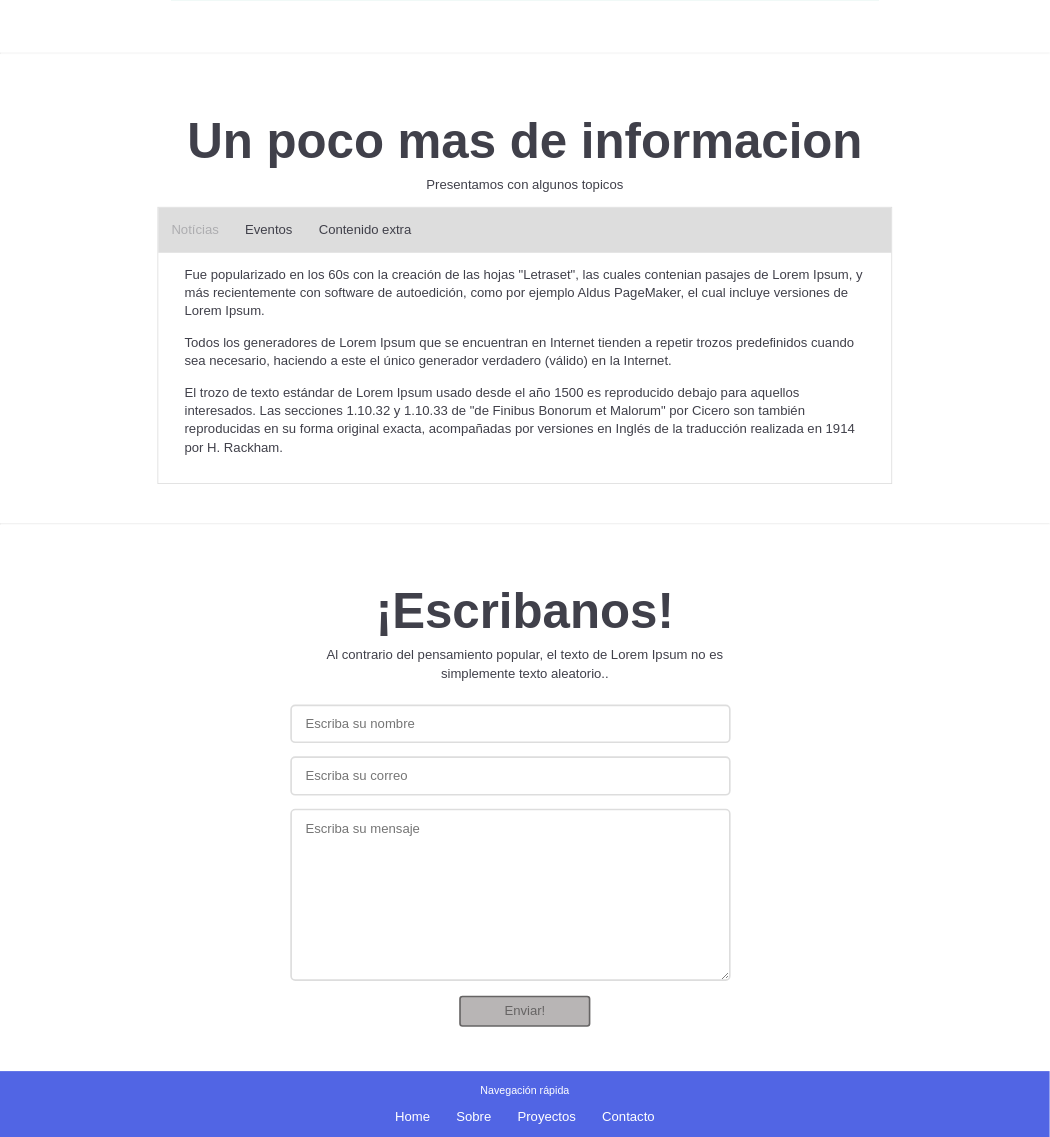
Repository: robsonmarkes/accesibilidad
Page: index.html
An editor plug-in stored every save of this project. The page is shown before and after the next save, followed by the edit.
The browser window is 1280 px wide. The pictures show the part of the page from y = 1960 to 3347 px (the page is 3347 px tall), at 82% of full size.
A picture or video elsewhere on the page could not be fetched, so the positions and the page height are approximate.

Above is the page before, as saved 2022-10-13 10:59:42.

After the next save:
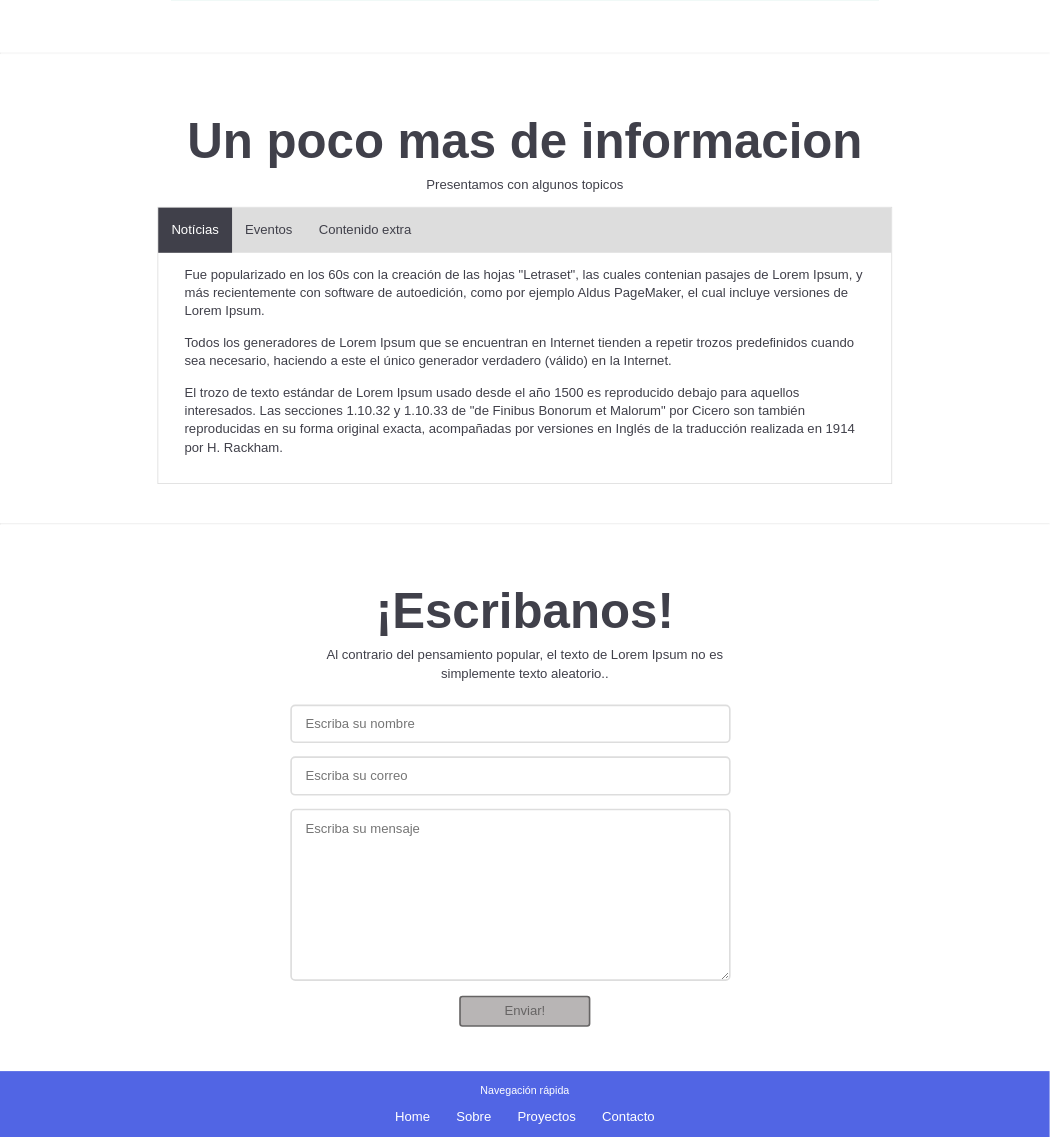
Saved 39 s later.
--- a/style.css
+++ b/style.css
@@ -220,7 +220,8 @@ body a:hover {
 }
 
 .wrap .content .article .tabs .tabmenu ul li.open {
-    opacity: 0.3;
+    background: var(--secondary-color);
+    color: var(--primary-color);
 }
 
 .wrap .content .article .tabs .tab-content {
